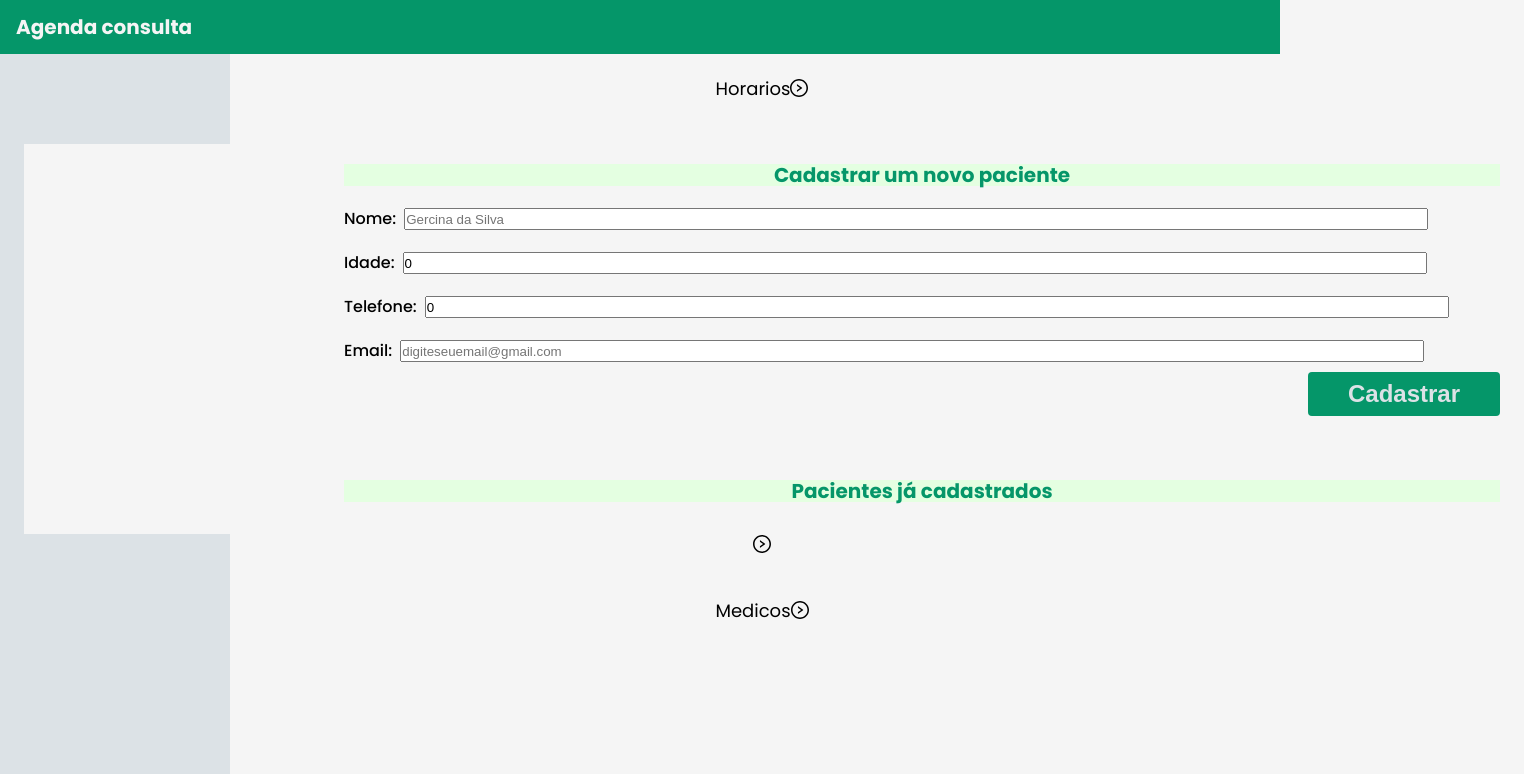
Repository: BarbaraCD/agendaconsulta
Page: /
The author's editor kept a copy of each file at every save. The page is drawn from the files as they stood at one save, then again after the next save.
The browser window is 1280 px wide. The page is 1524 px wide, then 1280 px, then 1524 px, so the pictures cover 1524 px, including what lies to the right of the window. The pictures show the whole page.
The page's requests for data from a server got no answer. The project was rebuilt for these pictures with package versions that can differ from the ones it lists, and the page was loaded fresh each time. No one was signed in, and anything a server would have sent is missing. Also part of the build but not shown: vite.config.ts, src/styles/StyleList.ts, src/components/Patients.tsx.

Above is the page before, as saved 2023-07-31 09:38:43.

### index.html
<!DOCTYPE html>
<html lang="en">
  <head>
    <meta charset="UTF-8" />
    <link rel="icon" type="image/svg+xml" href="/vite.svg" />
    <meta name="viewport" content="width=device-width, initial-scale=1.0" />

    <link rel="preconnect" href="https://fonts.googleapis.com">
    <link rel="preconnect" href="https://fonts.gstatic.com" crossorigin>
    <link href="https://fonts.googleapis.com/css2?family=Poppins:wght@400;500;700&display=swap" rel="stylesheet">

    <title>Agendamento de Consulta</title>
  </head>
  <body>
    <div id="root"></div>
    <script type="module" src="/src/main.tsx"></script>
  </body>
</html>

### src/main.tsx
import React from 'react'
import ReactDOM from 'react-dom/client'
import App from './App.tsx'
import { ThemeProvider } from 'styled-components'
import { theme } from './styles/Theme.ts'

ReactDOM.createRoot(document.getElementById('root')!).render(
  <React.StrictMode>
    <ThemeProvider theme={theme}>
      <App />
    </ThemeProvider>
  </React.StrictMode>,
)

### src/App.tsx
import './styles/global'
import { Header } from './components/Header'
import GlobalStyle from './styles/global'
import { Sidebar } from './components/Sidebar'

function App() {

  return (
    <>
      <GlobalStyle />
      <Header />
      <Sidebar />
    </>
  )
}

export default App

### src/styles/Theme.ts

export const theme = {
  colors: {
    primary: '#059669',
    head: '#059669B3',
    900: '#6A8D73',
    800: '#AFC5A6',
    700: '#F4FDD9',
    100: '#E4FFE1',

    sbcolor: '#DCE2E6',
    gray: '#41414D',
    black: '#000',
    white: '#f5f5f5',
  },

  size: {
    sm: '14px',
    md: '16px',
    lg: '18px',
    xl: '20px',
    xxl: '24px'
  }
}

### src/styles/global.ts
import { createGlobalStyle } from 'styled-components'

export default createGlobalStyle`
  *{
    margin: 0;
    padding: 0;
    box-sizing: border-box;
  }
  body{
    font-family: 'Poppins', sans-serif;
    background: ${(props) => props.theme.colors.white};
    font-size: ${(props) => props.theme.size.xl};
  }
`

### src/components/Header.tsx
import { styled } from "styled-components"

const Container = styled.div`
  background-color: ${(props) => props.theme.colors.primary};
  padding: 12px 16px;
  color: ${(props) => props.theme.colors.white};
  font-weight: 700;
`

export function Header(){
  return (
    <Container>
      Agenda consulta
    </Container>
  )
}

### src/components/Sidebar.tsx

import { RightCircleOutlined } from '@ant-design/icons'
import { CreatePatient } from './CreatePatient'

import { StyledSidebar, StyledList } from '../styles/SidebarStyled'



export function Sidebar(){
  return (
    <StyledSidebar>
        <StyledList>
          <li>
            Horarios
            <RightCircleOutlined />
          </li>
          <li>
            <CreatePatient />
            <RightCircleOutlined />
          </li>
          <li>
            Medicos
            <RightCircleOutlined />
          </li>
        </StyledList>
    </StyledSidebar>
  )
}

### src/components/CreatePatient.tsx
import { useEffect, useState } from 'react'
import { Patients, PatientsProps } from './Patients'
import { createPatient, getPatient } from '../services/patient.services'
import { InputPatients } from './InputPatient'
import { SubmitButton } from './SubmitButton'
import { Container, Container2, Container3 }  from '../styles/CreateContainer'


export function CreatePatient(){

  const [patients, setPatients] = useState<PatientsProps[]>([])
  const [newPatient, setNewPatient] = useState<PatientsProps>({
    id: 0,
    name: '',
    age: 0,
    telephone: 0,
    email:''
  })

  useEffect(() => {
    fetchPatient().catch((error) => {
      console.error('Error fetching Patients:', error);
    });
  }, []);

  async function fetchPatient() {
    try {
      const response: PatientsProps[] = await getPatient();
      setPatients(response);
    } catch (error) {
      console.error('Error fetching Patients:', error);
    }
  }

  async function createNewPatient(){
    if(
      newPatient?.name.trim() !== '' &&
      typeof newPatient?.age === 'number' && newPatient?.age > 0 &&
      typeof newPatient?.telephone === 'number' && newPatient?.telephone > 0 &&
      newPatient?.email.trim() !== ''
      ){
        try {
          await createPatient(newPatient.name, newPatient.age, newPatient.telephone, newPatient.email);
          await fetchPatient();
            setNewPatient({
              id: 0,
              name: '',
              age: 0,
              telephone: 0,
              email: ''
            })
        console.log("Médico cadastrado com sucesso!")
        } catch(error){
          console.log("Erro ao cadastrar medico:", error)
        }
      } else {
        console.error("Por favor, preencha todos os campos corretamente.")
      }
  }

  return(
    <Container>
      <Container2>
      <h3>Cadastrar um novo paciente</h3>
        <InputPatients
          name={newPatient.name}
          age={newPatient.age}
          telephone={newPatient.telephone}
          email={newPatient.email}
          onNameChange={(value) => setNewPatient({ ...newPatient, name: value })}
          onAgeChange={(value) => setNewPatient({ ...newPatient, age: value })}
          onTelephoneChange={(value) => setNewPatient({ ...newPatient, telephone: value})}
          onEmailChange={(value) =>
            setNewPatient({ ...newPatient, email: value })
          }
        />

          <SubmitButton onClick={createNewPatient}/>
        </Container2>

        <Container3>
          <h3>Pacientes já cadastrados</h3>
          {patients.length > 0 && (
            patients.map((patients) => (
              <Patients
                id={patients.id}
                key={patients.id}
                name={patients.name}
                age={patients.age}
                telephone={patients.telephone}
                email={patients.email}
              />
            ))
          )}
        </Container3>

    </Container>
  )
}

### src/styles/SidebarStyled.ts
import styled from 'styled-components'

export const StyledSidebar = styled.div`
  display: flex;
  height: 100vh;
  width: 18vw;
  background-color: ${(props) => props.theme.colors.sbcolor};
  color: ${(props) => props.theme.colors.black};
  font-size: ${(props) => props.theme.size.lg};
  font-weight: 400;
  justify-content: start;

`

export const StyledList = styled.ul`
    flex-direction: column;
    display: flex;
    padding: 12px;
    list-style: none;
    gap: 20px;

  li{
    cursor: pointer;
    padding: 12px;
    line-height: 22px;
    justify-content: space-between;
    text-align: center;
  }
`

### src/services/patient.services.ts
import axios from 'axios';
import { PatientsProps } from '../components/Patients'
import { api } from './ApiConfig'

export async function getPatient(): Promise<PatientsProps[]> {
  try {
    const response = await axios.get('http://localhost:3333/patient');
    // eslint-disable-next-line @typescript-eslint/no-unsafe-return
    return response.data;
  } catch (error) {
    throw new Error('Erro ao obter dados dos pacientes:');
  }
}

export async function createPatient(name: string, age: number, telephone: number, email: string){
  return api.post('/patient', {
    name,
    age,
    telephone,
    email,
  })
}

### src/components/InputPatient.tsx
import { InputContainer } from '../styles/InputContainer'

interface InputPatientsProps{
  name: string
  age: number
  telephone: number
  email: string
  onNameChange: (value: string) => void
  onAgeChange: (value: number) => void
  onTelephoneChange: (value: number) => void
  onEmailChange: (value: string) => void
}

export function InputPatients(props: InputPatientsProps) {
  return (
    <InputContainer>
        <label>
          <p>Nome:</p>
          <input
            type="text"
            name="nome"
            value={props.name}
            onChange={(event) => props.onNameChange(event.target.value)}
            placeholder='Gercina da Silva'
          />
        </label>
        <br />
        <label>
          <p>Idade:</p>
          <input
            type="text"
            name="idade"
            value={props.age}
            onChange={(event) => props.onAgeChange(Number(event.target.value))}
            placeholder='idade'
          />
        </label>
        <br />
        <label>
          <p>Telefone:</p>
          <input
            type="text"
            name="telefone"
            value={props.telephone}
            onChange={(event) => props.onTelephoneChange(Number(event.target.value))}
          />
        </label>
        <br />
        <label>
          <p>Email:</p>
          <input
            type="text"
            name="email"
            value={props.email}
            onChange={(event) => props.onEmailChange(event.target.value)}
            placeholder='digiteseuemail@gmail.com'
          />
        </label>
    </InputContainer>
  );
}

### src/components/SubmitButton.tsx
import { styled } from "styled-components"

interface SubmitButtonProps {
  onClick: () => void
}

const StyledButton = styled.button`
  padding: 8px;
  width: 15vw;
  margin-left: 964px;
  border-radius: 4px;
  color: ${(props) => props.theme.colors.sbcolor};
  border: none;
  background-color: ${(props) => props.theme.colors.primary};
  cursor: pointer;

  p{
    font-size: ${(props) => props.theme.size.xxl};
    font-weight: 700;
  }
`

export function SubmitButton({ onClick }: SubmitButtonProps) {
  return (
    <StyledButton onClick={onClick}>
      <p>
        Cadastrar
      </p>
    </StyledButton>
  )
}

### src/styles/CreateContainer.ts
import styled from "styled-components"

export const Container = styled.div`
  background-color: ${(props) => props.theme.colors.white};
  justify-content: start;
  align-items: center;
`

export const Container2 = styled.div`
  display: flex;
  flex-direction: column;
  margin-left: 320px;
  padding: 20px 0;

  h3{
    font-size: ${(props) => props.theme.size.xl};
    color: ${(props) => props.theme.colors.primary};
    background-color: ${(props) => props.theme.colors[100]};
    margin-bottom: 12px;
  }

`
export const Container3 = styled.div`
  margin-top: 24px;
  flex-direction: column;
  margin-left: 320px;
  padding: 20px 0;

  h3{
    font-size: ${(props) => props.theme.size.xl};
    color: ${(props) => props.theme.colors.primary};
    background-color: ${(props) => props.theme.colors[100]};
    margin-bottom: 12px;
  }
`

### src/services/ApiConfig.ts
import axios from "axios";

export const api = axios.create({
  baseURL: 'http://localhost:3333',
})

### src/styles/InputContainer.ts
import styled from "styled-components"

export const InputContainer = styled.div`

  color: ${(props) => props.theme.colors.black};
  font-size: ${(props) => props.theme.size.md};
  padding: 10px 0;

  h3 {
    background-color: ${(props) => props.theme.colors[100]};
    color: ${(props) => props.theme.colors.primary};
    margin-bottom: 10px;
  }

  label {
    display: flex;
    margin-right: 4px;
  }

  p{
    font-size: ${(props) => props.theme.size.md};
    font-weight: 500;
  }

  input {
    width: 80vw;
    margin-left: 8px;
  }
`

After the next save:
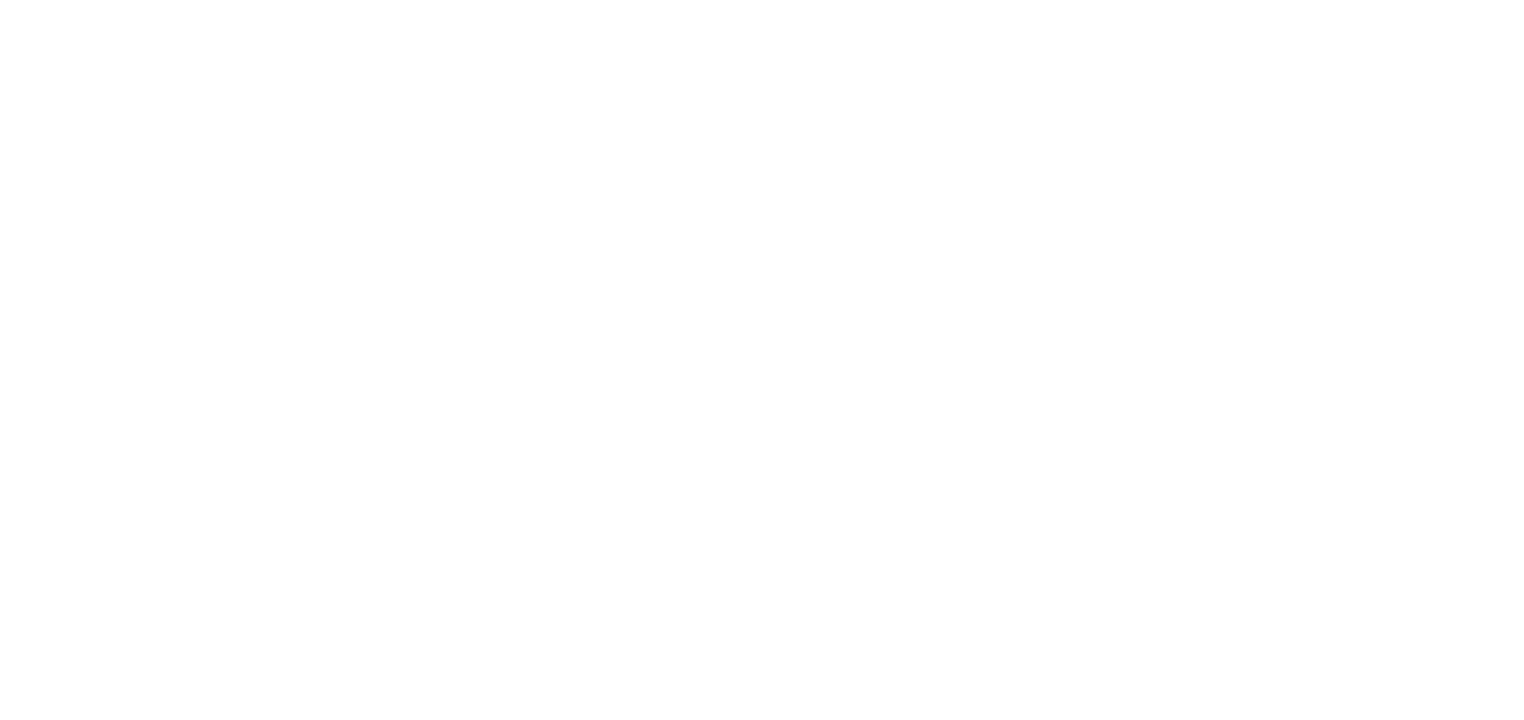
Console error: ReferenceError: handlePacientClick is not defined
Saved 2 min 16 s later.
--- a/src/components/Sidebar.tsx
+++ b/src/components/Sidebar.tsx
@@ -14,7 +14,7 @@
             Horarios
             <RightCircleOutlined />
           </li>
-          <li>
+          <li onClick={handlePacientClick}>
             <CreatePatient />
             <RightCircleOutlined />
           </li>

After the 4 saves that followed:
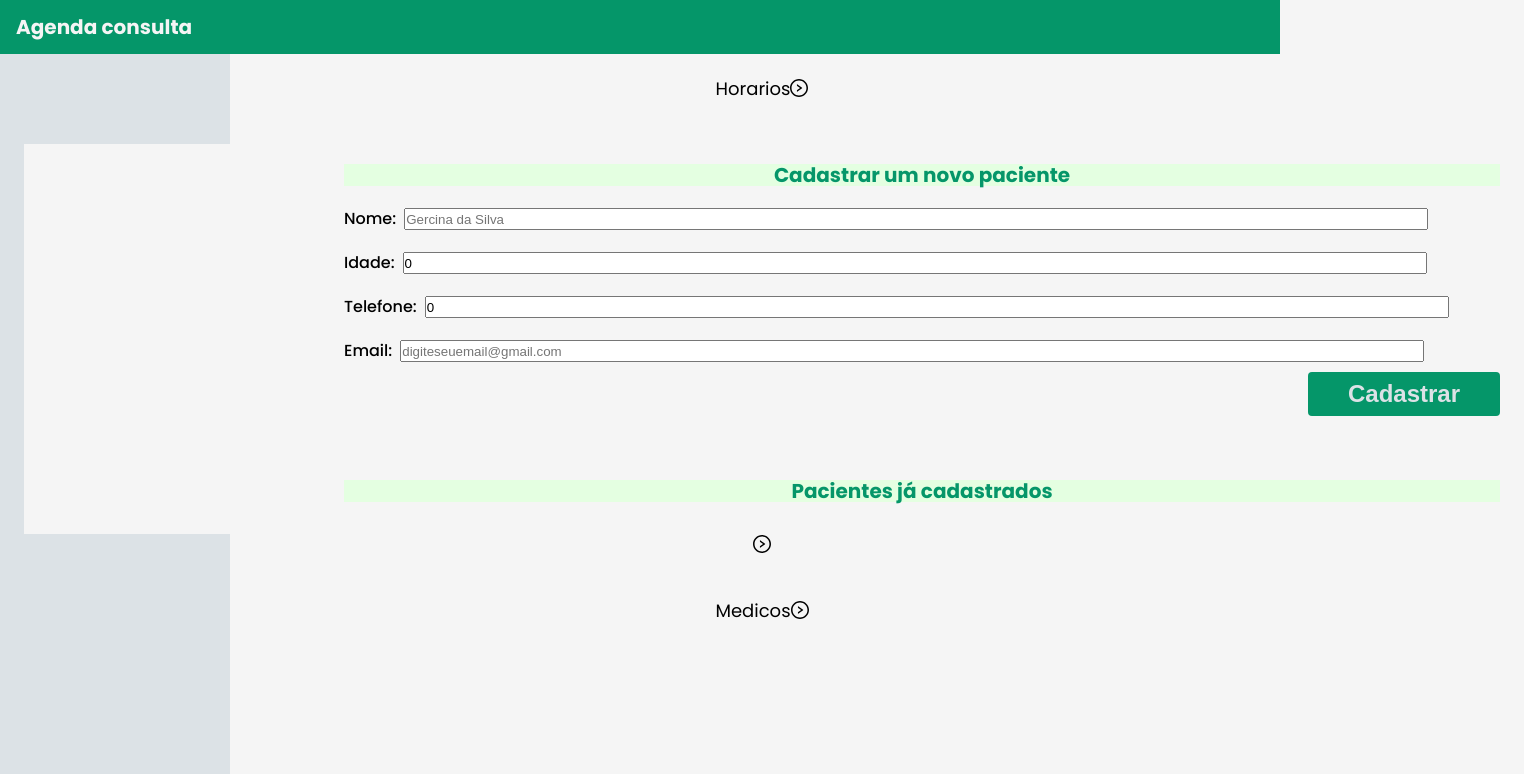
The error is gone.
The 4 saves are shown as one change because 3 left the picture as it was.
The last was saved 98 s later.
--- a/src/components/Sidebar.tsx
+++ b/src/components/Sidebar.tsx
@@ -3,10 +3,17 @@
 import { CreatePatient } from './CreatePatient'
 
 import { StyledSidebar, StyledList } from '../styles/SidebarStyled'
+import { useState } from 'react';
 
 
 
 export function Sidebar(){
+  const [showPacient, setShowPacient] = useState(false)
+
+  const handlePatientClick = () => {
+    setShowPacient(true);
+  };
+
   return (
     <StyledSidebar>
         <StyledList>
@@ -14,7 +21,7 @@
             Horarios
             <RightCircleOutlined />
           </li>
-          <li onClick={handlePacientClick}>
+          <li onClick={handlePatientClick}>
             <CreatePatient />
             <RightCircleOutlined />
           </li>
